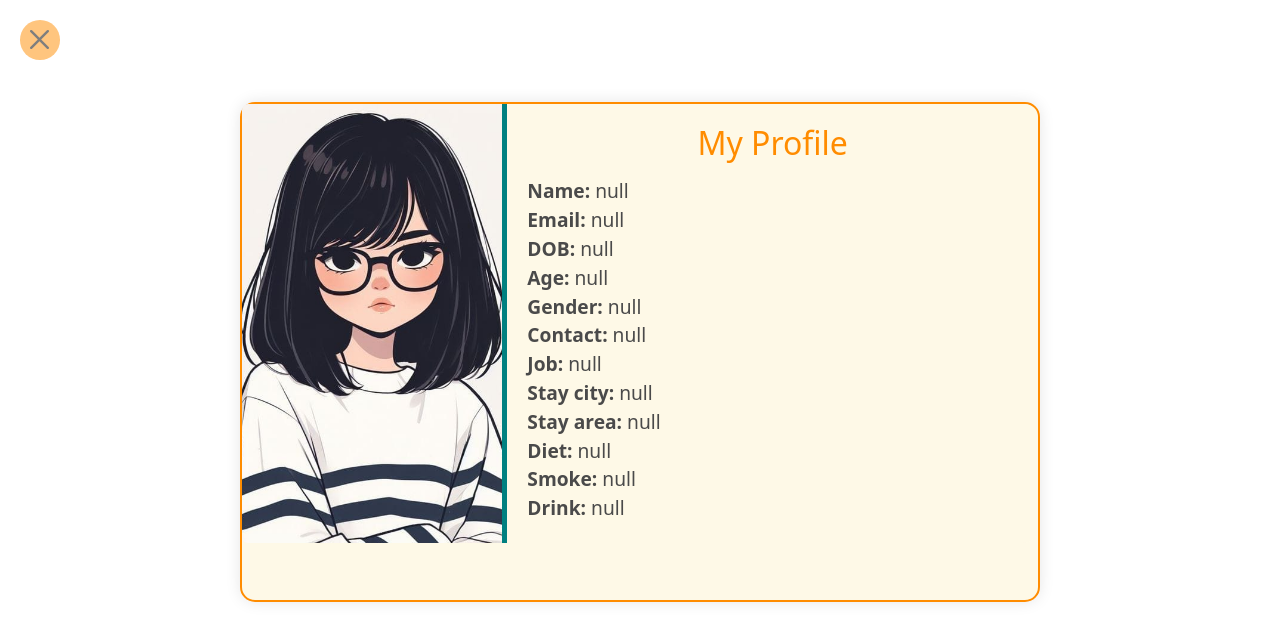
Repository: Sanjana-Inapakolla/Find-your-Roomie-website
Page: http://localhost/MiniProject/Profile.jsp
An editor plug-in stored every save of this project. The page is shown before and after the next save, followed by the edit.
The browser window is 1280 px wide. The pictures show the whole page.
The page is served by Tomcat 10. Other server files are loaded and not shown. The template is opened directly, without the code that normally fills it, so the values that code supplies are empty.

Above is the page before, as saved 2024-11-13 10:57:19.

### mini-project(jfst)/MiniProject/src/main/webapp/Profile.jsp
<%@ page language="java" contentType="text/html; charset=ISO-8859-1"
    pageEncoding="ISO-8859-1"%>
<!DOCTYPE html>
<html>
<head>
<meta charset="ISO-8859-1">
<title>My Profile</title>
<link href="https://cdn.jsdelivr.net/npm/bootstrap@5.3.3/dist/css/bootstrap.min.css" rel="stylesheet" integrity="sha384-QWTKZyjpPEjISv5WaRU9OFeRpok6YctnYmDr5pNlyT2bRjXh0JMhjY6hW+ALEwIH" crossorigin="anonymous">
<style>
  body {
    background-color: #ffffff; /* Secondary: White background */
    color: #4a4a4a; /* Secondary: Gray for text */
  }

  .custom-card {
    max-width: 800px;
    height: 500px;
    background-color: #fef9e7; /* Light gray for card background */
    border: 2px solid #ff8c00; /* Orange border for the card */
    border-radius: 15px;
    box-shadow: 0 0 15px rgba(0, 0, 0, 0.1); /* Light shadow */
  }

  .card-body {
    font-size: 1.2rem;
    background-color: #fef9e7; /* Light yellow for a soft, vibrant background */
    padding: 20px;
    border-radius: 0 15px 15px 0;
  }

  .card-img {
    width: 100%;
    height: 100%;
    object-fit: cover;
    border-radius: 15px 0 0 15px;
    border-right: 5px solid #008080; /* Teal border separating image */
  }

  .card-title {
    text-align: center;
    font-size: 2rem;
    color: #ff8c00; /* Vibrant orange for title */
    margin-bottom: 15px;
  }

  .card-text {
    color: #4a4a4a; /* Secondary Gray text */
    margin-bottom: 10px;
  }

  .btn-close {
    position: absolute;
    top: 20px;
    left: 20px;
    width: 30px;
    height: 30px;
    background-color: #ff8c00; /* Orange for the close button */
    color: #ffffff; /* White icon */
    font-size: 1.2rem;
    border: none;
    border-radius: 50%;
  }

  .btn-close:hover {
    background-color: #ffcc00; /* Hover effect with yellow */
  }

</style>
</head>
<body class="d-flex justify-content-center align-items-center" style="height: 100vh;">
<%-- <%@ include file="Navbar.jsp" %>--%>
<button type="button" class="btn-close" aria-label="Close" onclick="window.location.href='home.html';"></button>

<% String gender = (String) request.getAttribute("gender"); %>

<div class="card custom-card mb-3">
  <div class="row g-0">
    <div class="col-md-4 d-flex">
      <%-- Conditional image rendering based on gender --%>
      <img src="<%= gender != null && gender.equals("male") ? request.getContextPath() + "/images/user_profile_boy.jpg" : request.getContextPath() + "/images/user_profile.jpg" %>"
           class="img-fluid rounded-start card-img" alt="User Profile Image">
    </div>
    <div class="col-md-8">
      <div class="card-body">
        <h5 class="card-title">My Profile</h5>
        <p class="card-text"><B>Name: </B><%= request.getAttribute("name") %><br>
                             <B>Email: </B><%= request.getAttribute("email")%><br>
                             <B>DOB: </B><%= request.getAttribute("dob") %><br>
                             <B>Age: </B><%= request.getAttribute("age") %><br>
                             <B>Gender: </B><%= request.getAttribute("gender") %><br>
                             <B>Contact: </B><%= request.getAttribute("phone") %><br>
                             <B>Job: </B><%= request.getAttribute("occupation") %><br>
                             <B>Stay city: </B><%= request.getAttribute("city") %><br>
                             <B>Stay area: </B><%= request.getAttribute("area") %><br>
                             <B>Diet: </B><%= request.getAttribute("diet") %><br>
                             <B>Smoke: </B><%= request.getAttribute("smoke") %><br>
                             <B>Drink: </B><%= request.getAttribute("drink") %></p>
      </div>
    </div>
  </div>
</div>
<script src="https://cdn.jsdelivr.net/npm/bootstrap@5.3.3/dist/js/bootstrap.bundle.min.js" integrity="sha384-YvpcrYf0tY3lHB60NNkmXc5s9fDVZLESaAA55NDzOxhy9GkcIdslK1eN7N6jIeHz" crossorigin="anonymous"></script>
</body>
</html>

After the next save:
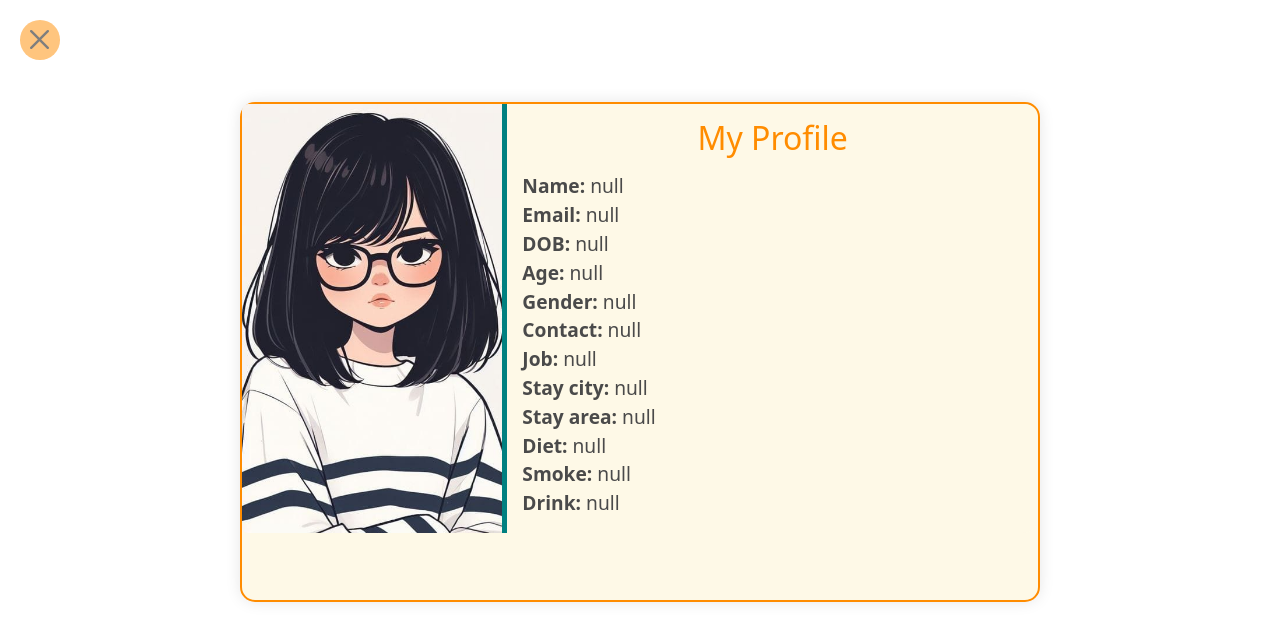
Saved 2 min 15 s later.
--- a/mini-project(jfst)/MiniProject/src/main/webapp/Profile.jsp
+++ b/mini-project(jfst)/MiniProject/src/main/webapp/Profile.jsp
@@ -24,7 +24,7 @@
   .card-body {
     font-size: 1.2rem;
     background-color: #fef9e7; /* Light yellow for a soft, vibrant background */
-    padding: 20px;
+    padding: 15px;
     border-radius: 0 15px 15px 0;
   }
 

After the save that followed:
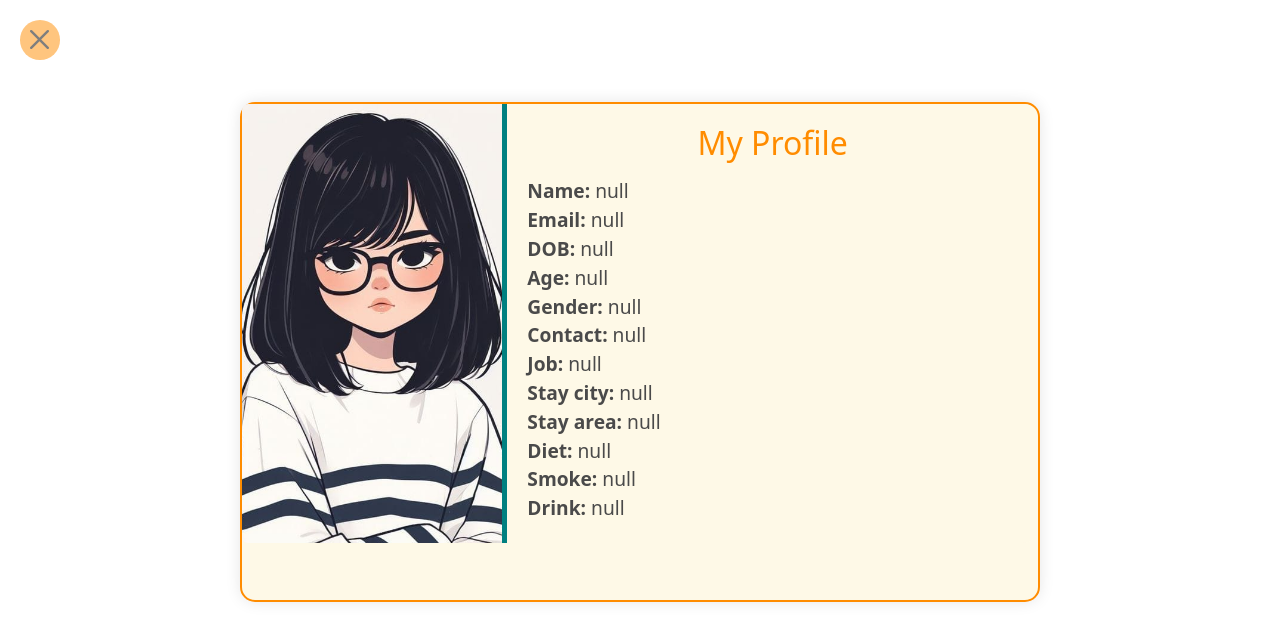
Saved 12 s later.
--- a/mini-project(jfst)/MiniProject/src/main/webapp/Profile.jsp
+++ b/mini-project(jfst)/MiniProject/src/main/webapp/Profile.jsp
@@ -24,7 +24,7 @@
   .card-body {
     font-size: 1.2rem;
     background-color: #fef9e7; /* Light yellow for a soft, vibrant background */
-    padding: 15px;
+    padding: 20px;
     border-radius: 0 15px 15px 0;
   }
 
